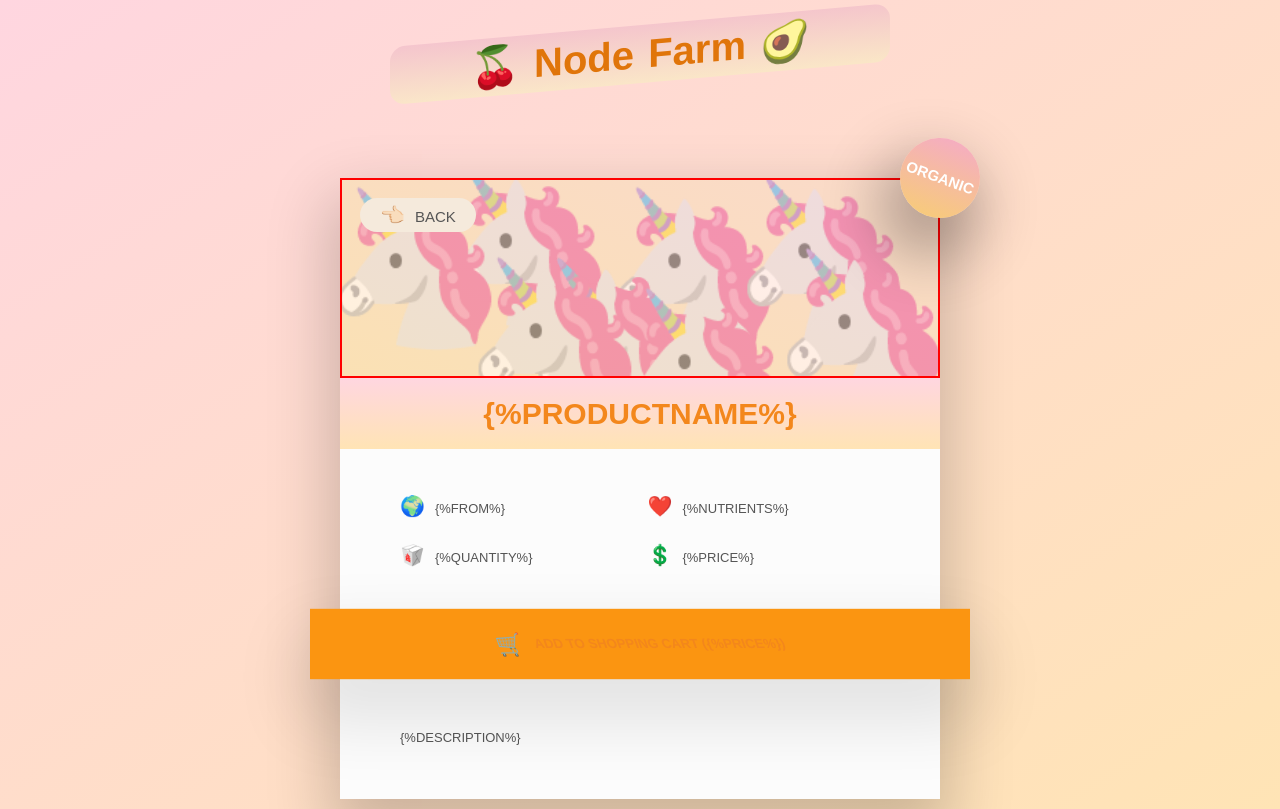
Repository: Kubraaygun/NodeFarm_Backend
Page: templates/product.html
The author's editor kept a copy of each file at every save. The page is drawn from the files as they stood at one save, then again after the next save.
The browser window is 1280 px wide. The pictures show the whole page.
The pointer rests on the first visible `.product__link`.

Above is the page before, as saved 2025-09-09 23:27:55.

### templates/product.html
<!DOCTYPE html>
<html lang="en">
  <head>
    <meta charset="UTF-8" />
    <meta name="viewport" content="width=device-width, initial-scale=1.0" />
    <title>{%PRODUCTNAME%} {%IMAGE%} /// NODE FARM</title>
    <style>
      *,
      *::before,
      *::after {
        margin: 0;
        padding: 0;
        box-sizing: inherit;
      }
      html {
        font-size: 10px;
        box-sizing: border-box;
      }
      body {
        padding: 20px 10px 10px;
        line-height: 1.7;
        font-family: sans-serif;
        color: #555;
        background: linear-gradient(to bottom right, #ffd6e0, #ffe4b5);
        min-height: 100vh;
      }

      h1 {
        font-size: 4rem;
        color: rgb(224, 117, 10);
        transform: skewY(-5deg);
        text-align: center;
        position: relative;
        word-spacing: 3px;
      }
      h1::before {
        content: "";
        display: block;
        height: 85%;
        width: 50%;
        max-width: 500px;
        min-width: 350px;
        background: linear-gradient(
          to bottom,
          #f0bdc9,
          /* canlı pembe */ #f8ebc3
        );
        position: absolute;
        z-index: -1;
        left: 50%;
        top: 50%;
        opacity: 0.7;
        transform: translate(-50%, -50%);
        border-radius: 15px;
      }

      .container {
        width: 100%;
        margin: 0 auto;
      }
      .product {
        width: 80%;
        max-width: 60rem;
        margin: 0 auto;
        position: relative;
        background: wheat;
        margin-top: 9rem;
        box-shadow: 0 3rem 6rem 1rem rgba(0, 0, 0, 0.2);
      }
      .product__hero {
        position: relative;
        height: 20rem;
        overflow: hidden;
        border: 2px solid red;
      }
      .product__hero::before {
        content: "";
        display: block;
        height: 100%;
        width: 100%;
        z-index: 100;
        position: absolute;
        top: 0;
        left: 0;
        background: linear-gradient(to left bottom, #ffd6e0, #ffe4b5);
        opacity: 0.5;
      }

      .product__emoji {
        font-size: 15rem;
        position: absolute;
      }
      .product__emoji--1 {
        top: -4rem;
        left: -2rem;
        z-index: 10;
      }
      .product__emoji--2 {
        top: -6rem;
        left: 9rem;
      }
      .product__emoji--3 {
        top: -4rem;
        right: 15rem;
      }
      .product__emoji--4 {
        top: -5rem;
        right: 2rem;
      }
      .product__emoji--5 {
        bottom: -9rem;
        left: 18rem;
      }
      .product__emoji--6 {
        bottom: -9rem;
        left: 18rem;
      }
      .product__emoji--7 {
        bottom: -12rem;
        right: 14rem;
      }
      .product__emoji--8 {
        bottom: -8rem;
        right: -2rem;
      }
      .product__emoji--9 {
        top: 3rem;
        left: 12rem;
      }
      .product__organic {
        position: absolute;
        top: -4rem;
        right: -4rem;
        z-index: 1000;
        background: linear-gradient(to bottom, #f5aec0, #f7ca7c);
        border-radius: 50%;
        height: 8rem;
        width: 8rem;
        display: flex;
        align-items: center;
        justify-content: center;
        text-transform: uppercase;
        transform: rotate(20deg);
        box-shadow: 0 3rem 6rem 1rem rgba(0, 0, 0, 0.3);
      }
      .product__organic h5 {
        color: rgb(255, 255, 255);
        font-size: 1.5rem;
        font-weight: 900;
        text-transform: uppercase;
      }
      .product__back:link,
      .product__back:visited {
        position: absolute;
        background-color: rgb(245, 234, 220);
        z-index: 1000;
        top: 2rem;
        left: 2rem;
        font-size: 1.5rem;
        text-decoration: none;
        text-transform: uppercase;
        padding: 0 2rem;
        border-radius: 30rem;
        transition: all 0.3s;
        color: #555;
      }

      .product__back:hover,
      .product__back:active {
        background-color: rgb(247, 216, 175);
      }

      .product__name {
        background: linear-gradient(to bottom, #ffd6e0, #ffe4b5);
        padding: 1rem;
        font-size: 3rem;
        text-align: center;
        word-spacing: 2px;
        color: rgb(243, 135, 28);
      }
      .product__details {
        background-color: #fcfcfc;
        padding: 4rem 6rem;
        font-size: 1.3rem;
        display: grid;
        grid-template-columns: 1fr 1fr;
        grid-gap: 1.5rem;
      }
      .product__description {
        padding: 5rem 6rem;
        font-size: 1.3rem;
        line-height: 1.8;
        background-color: #fcfcfc;
      }
      .product__link:link,
      .product__link:visited {
        display: block;
        background-color: rgb(255, 227, 191);
        color: rgb(243, 135, 28);
        font-size: 1.2rem;
        font-weight: 700;
        text-transform: uppercase;
        text-decoration: none;
        text-align: center;
        padding: 1.5rem;
        transform: scale(1.04) skewX(-20deg);
        box-shadow: 0 3rem 6rem 1rem rgba(0, 0, 0, 0.1);
        display: flex;
        justify-content: center;
        align-items: center;
      }

      .product__link:hover,
      .product__link:active {
        background-color: rgb(251, 149, 17);
        transform: scale(1.1);
      }

      .product__link span {
        transform: skewX(20deg);
      }
      .emoji-left {
        font-size: 2rem;
        margin-right: 1rem;
      }
      .emoji-right {
        font-size: 2rem;
        margin-right: 1rem;
      }
    </style>
  </head>
  <body>
    <div class="container">
      <h1>🍒 Node Farm 🥑</h1>
      <figure class="product">
        <div class="product__organic {%NOT_ORGANIC%}">
          <h5>Organic</h5>
        </div>
        <a href="/overview" class="product__back">
          <span class="emoji-left">👈🏻</span>Back</a
        >
        <div class="product__hero">
          <span class="product__emoji product__emoji--1">🦄</span>
          <span class="product__emoji product__emoji--2">🦄</span>
          <span class="product__emoji product__emoji--3">🦄</span>
          <span class="product__emoji product__emoji--4">🦄</span>
          <span class="product__emoji product__emoji--5">🦄</span>
          <span class="product__emoji product__emoji--6">🦄</span>
          <span class="product__emoji product__emoji--7">🦄</span>
          <span class="product__emoji product__emoji--8">🦄</span>
          <span class="product__emoji product__emoji--9">🦄</span>
        </div>

        <h2 class="product__name">{%PRODUCTNAME%}</h2>
        <div class="product__details">
          <p><span class="emoji-left">🌍</span>{%FROM%}</p>
          <p><span class="emoji-left">❤️</span>{%NUTRIENTS%}</p>
          <p><span class="emoji-left">🥡</span>{%QUANTITY%}</p>
          <p><span class="emoji-left">💲</span>{%PRICE%}</p>
        </div>

        <a href="" class="product__link">
          <span class="emoji-left">🛒</span>
          <span>Add to shopping cart ({%PRICE%})</span>
        </a>
        <p class="product__description">{%DESCRIPTION%}</p>
      </figure>
    </div>
  </body>
</html>

After the next save:
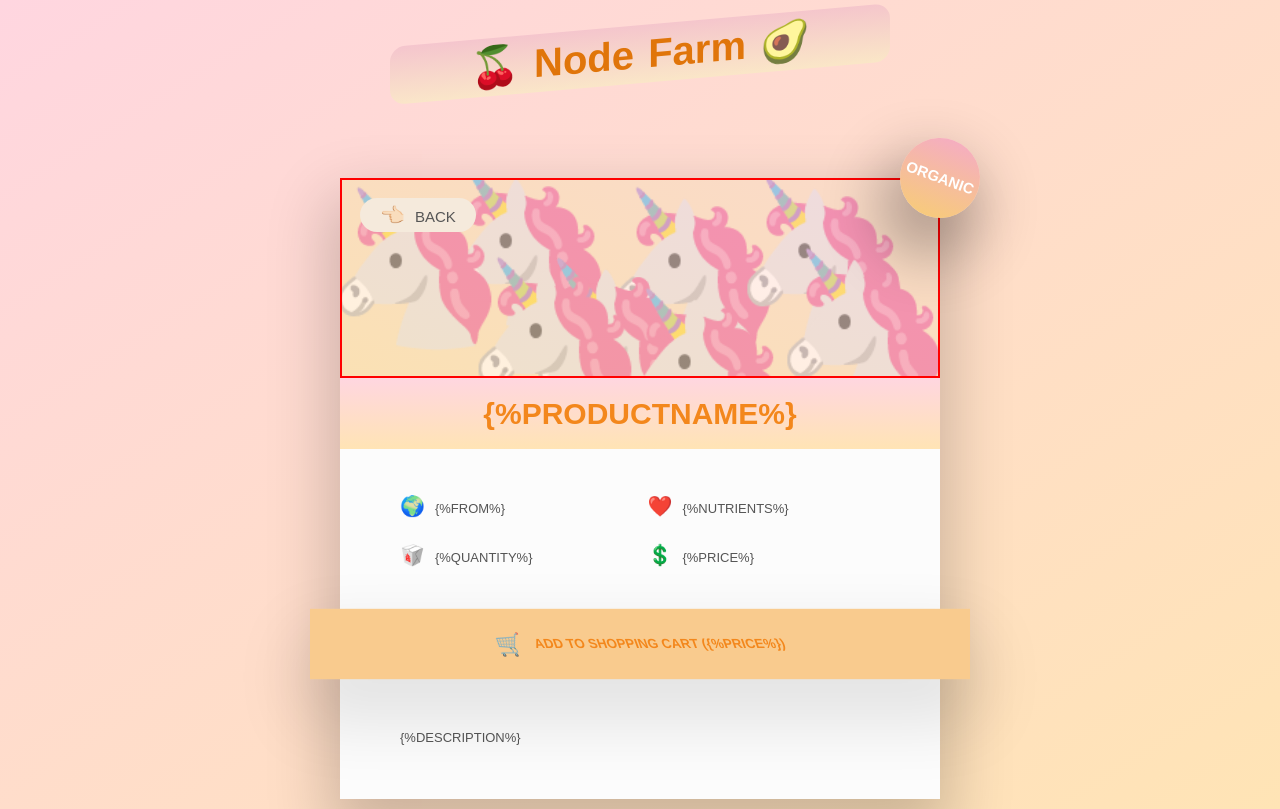
Saved 4 s later.
--- a/templates/product.html
+++ b/templates/product.html
@@ -212,7 +212,7 @@
 
       .product__link:hover,
       .product__link:active {
-        background-color: rgb(251, 149, 17);
+        background-color: rgb(249, 203, 142);
         transform: scale(1.1);
       }
 
